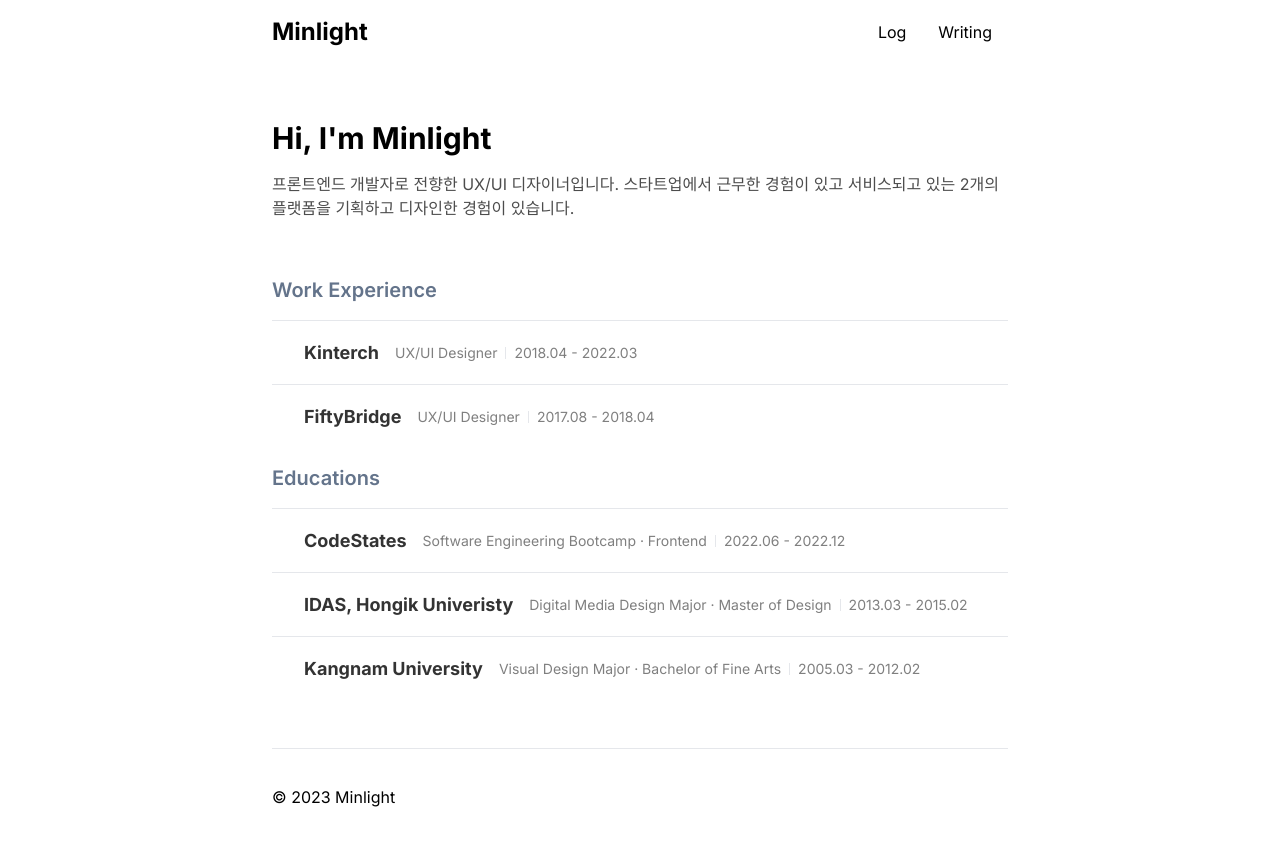
Repository: kwngmin/minlight-log
Page: /
These files come from the project's save history. The page is drawn as it stood at one moment and after the next save; the edit follows.
The browser window is 1280 px wide. The pictures show the whole page.
The project was rebuilt for these pictures with package versions that can differ from the ones it lists, and the page was loaded fresh each time. The framework's server and built-in components were replaced by stand-ins that run in the browser. Also part of the build but not shown: next.config.js.

Above is the page before, as saved 2023-04-04 16:35:10.

After the next save:
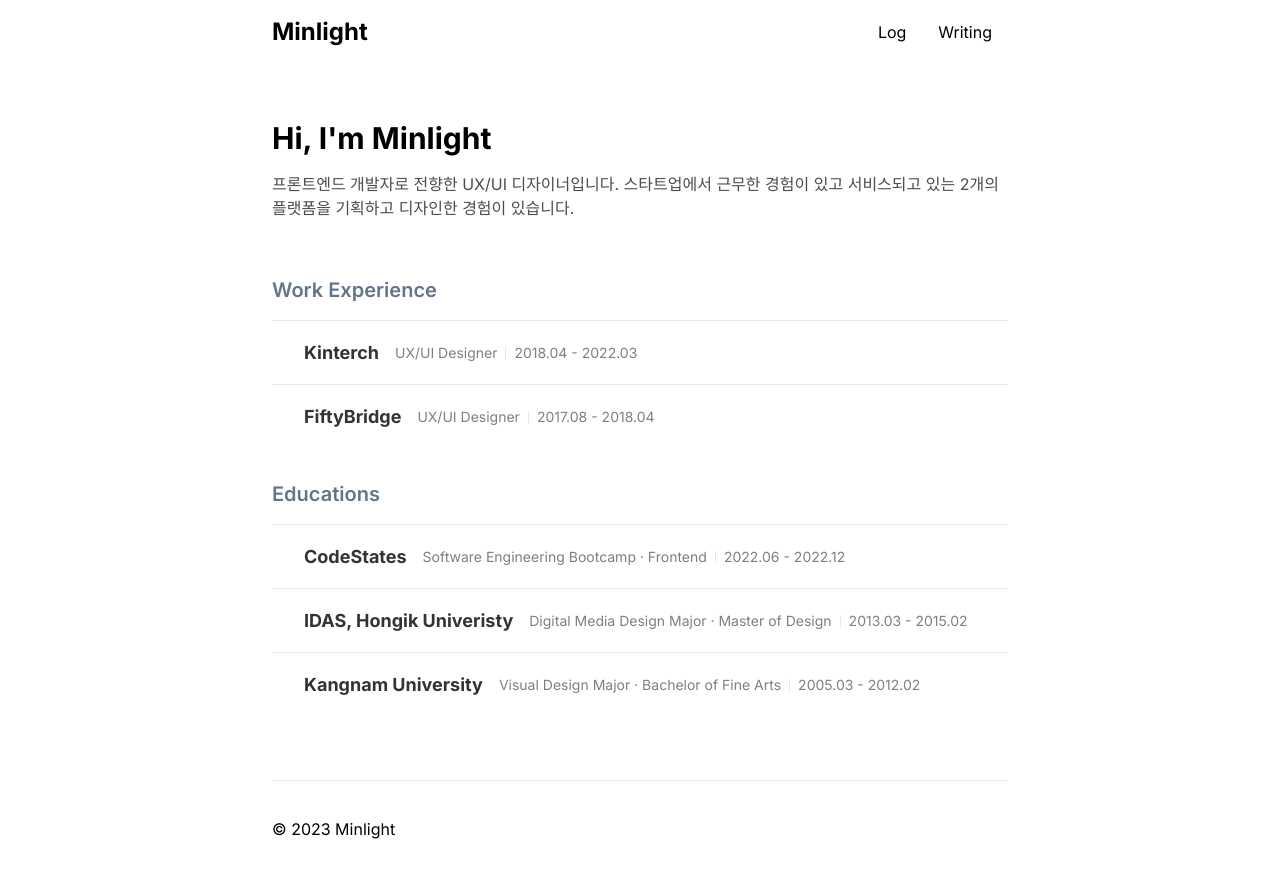
Saved 9 s later.
--- a/src/components/Table.tsx
+++ b/src/components/Table.tsx
@@ -9,7 +9,7 @@ type Props = {
 
 export default function Table({ tableData, subject }: Props) {
   return (
-    <article className="pb-4">
+    <article className="pb-8">
       <h2 className="text-left text-xl font-semibold text-slate-500 pb-4">
         {subject}
       </h2>
